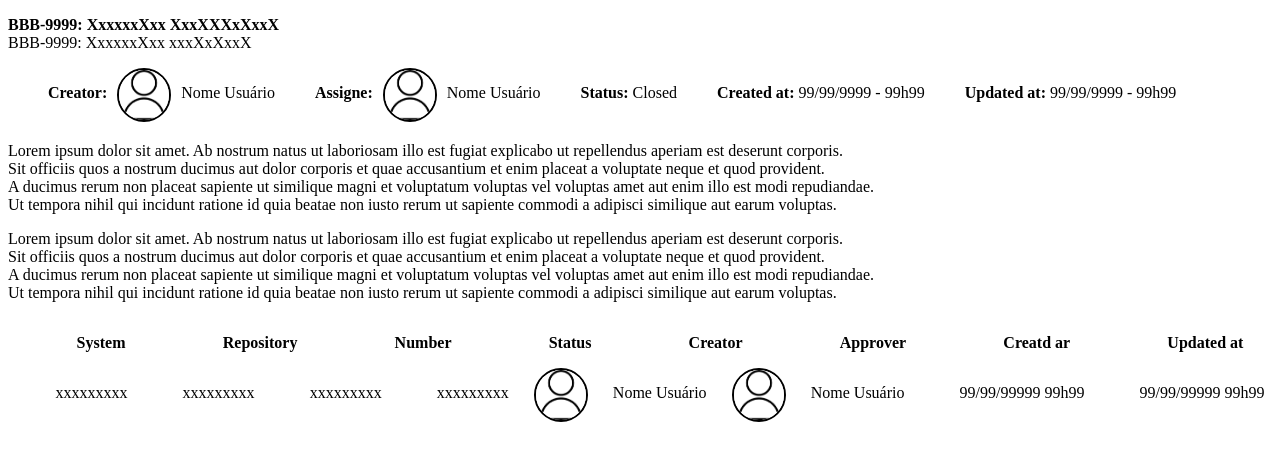
Repository: AnaBerlanda/PaginaFer
Page: index.html
An editor plug-in stored every save of this project. The page is shown before and after the next save, followed by the edit.
The browser window is 1280 px wide. The pictures show the whole page.

Above is the page before, as saved 2022-05-23 15:03:45.

After the next save:
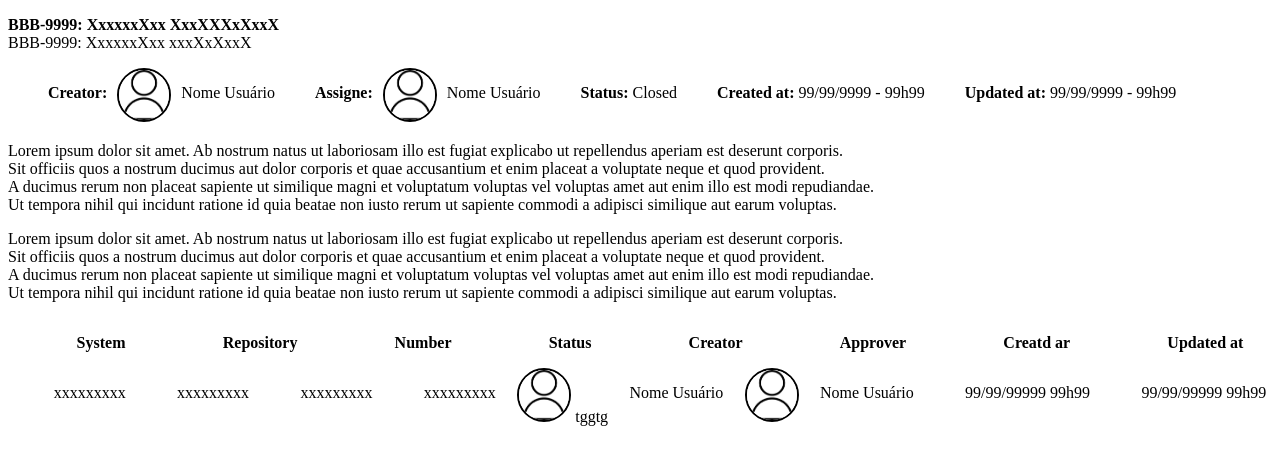
Saved 115 s later.
--- a/index.html
+++ b/index.html
@@ -87,7 +87,7 @@
             <p class="sub-titulos">xxxxxxxxx</p>
         </div>
         <div class="imagem">
-            <img src="imagem/Icone-usuario-Png-1024x1024.png">
+            <img src="imagem/Icone-usuario-Png-1024x1024.png"> tggtg
         </div>
         <div class="nome-usuario">
             <p>Nome Usuário</p>
